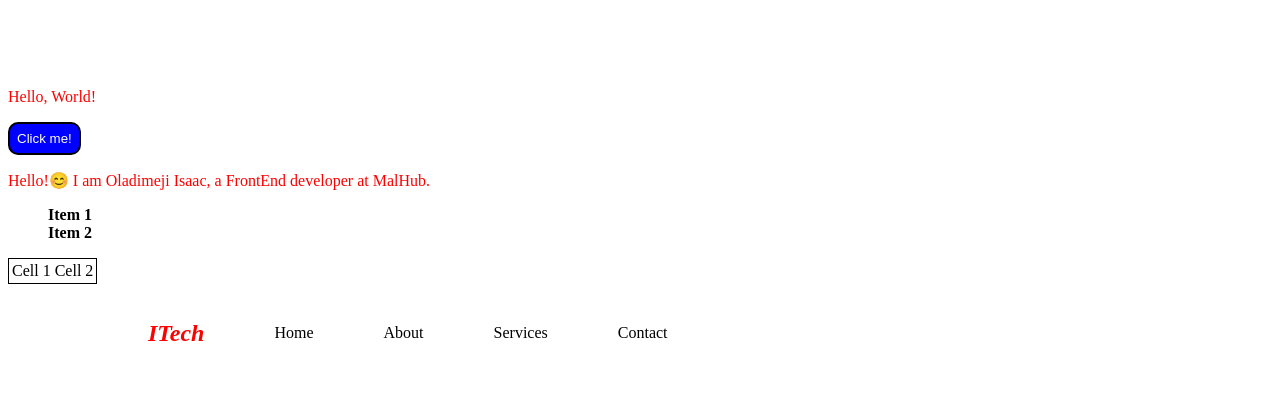
Repository: isaacCodes1/Calculator-with-js
Page: Assigment.html
The author's editor kept a copy of each file at every save. The page is drawn from the files as they stood at one save, then again after a run of saves.
The browser window is 1280 px wide. The pictures show the whole page.

Above is the page before, as saved 2024-05-22 22:23:00.

After the next 2 saves:
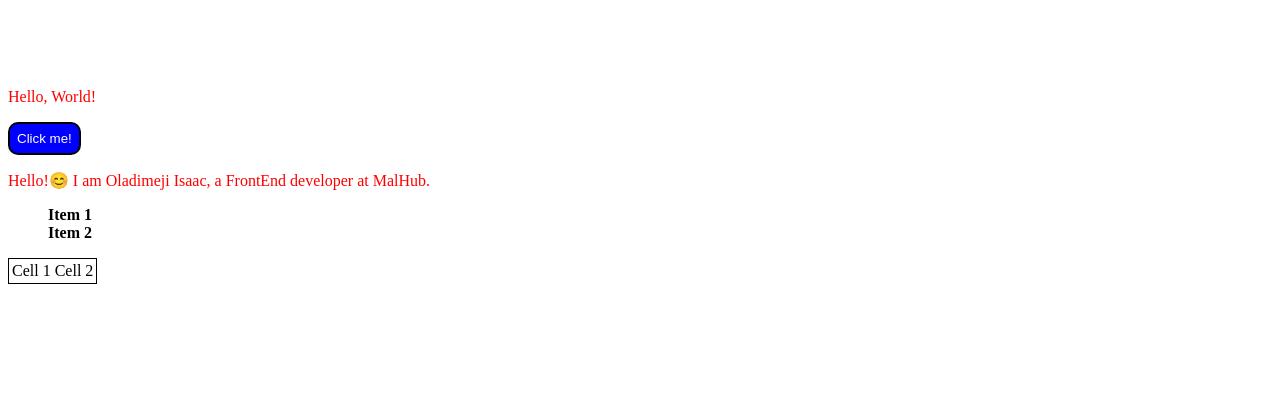
Console error: TypeError: Cannot read properties of null (reading 'style')
The 2 saves are shown as one change because they came seconds apart.
The last was saved 15 s later.
--- a/Assigment.html
+++ b/Assigment.html
@@ -18,15 +18,6 @@
                         <td>Cell 2</td>
                         </tr>
                 </table>
-                <nav>
-                        <ul id="lists">
-                                <h1 id="logo">ITech</h1>
-                                <li>Home</li>
-                                <li>About</li>
-                                <li>Services</li>
-                                <li>Contact</li>
-                        </ul>
-                </nav>
                 <script>
                 document.getElementById("paragraph").style.color = "red";
                 document.getElementById("para").style. color = "blue";

After the save that followed:
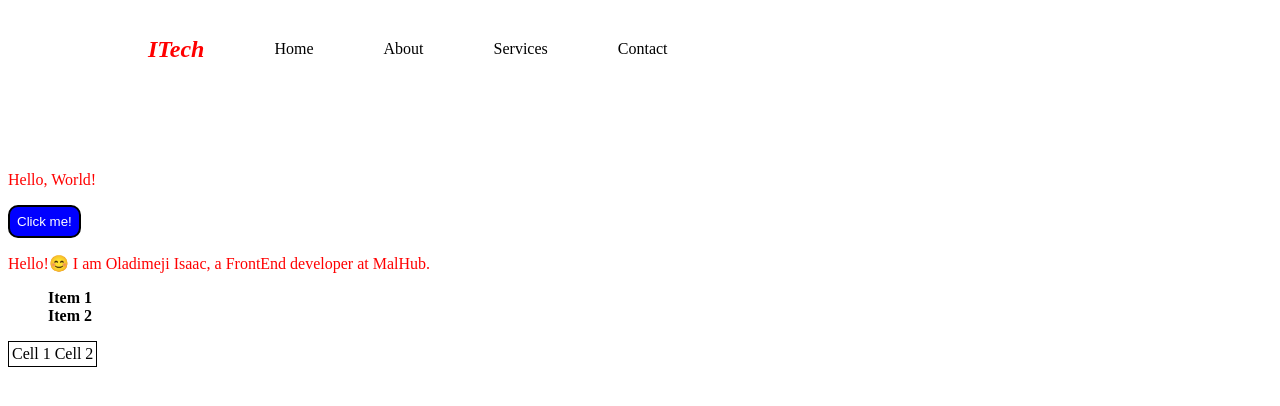
The error is gone.
Saved 5 s later.
--- a/Assigment.html
+++ b/Assigment.html
@@ -7,6 +7,15 @@
         </head>
         <body>
                 <!-- Assignment:- Give Ten examples of using the .style property -->
+                <nav>
+                        <ul id="lists">
+                                <h1 id="logo">ITech</h1>
+                                <li>Home</li>
+                                <li>About</li>
+                                <li>Services</li>
+                                <li>Contact</li>
+                        </ul>
+                </nav>
                 <h1 id="para"><marquee behavior="" direction="">JAVASCRIPT!!</marquee></h1>
                 <p id="paragraph">Hello, World!</p>
                 <button onclick="alert('Clicked!')" id="but">Click me!</button>
